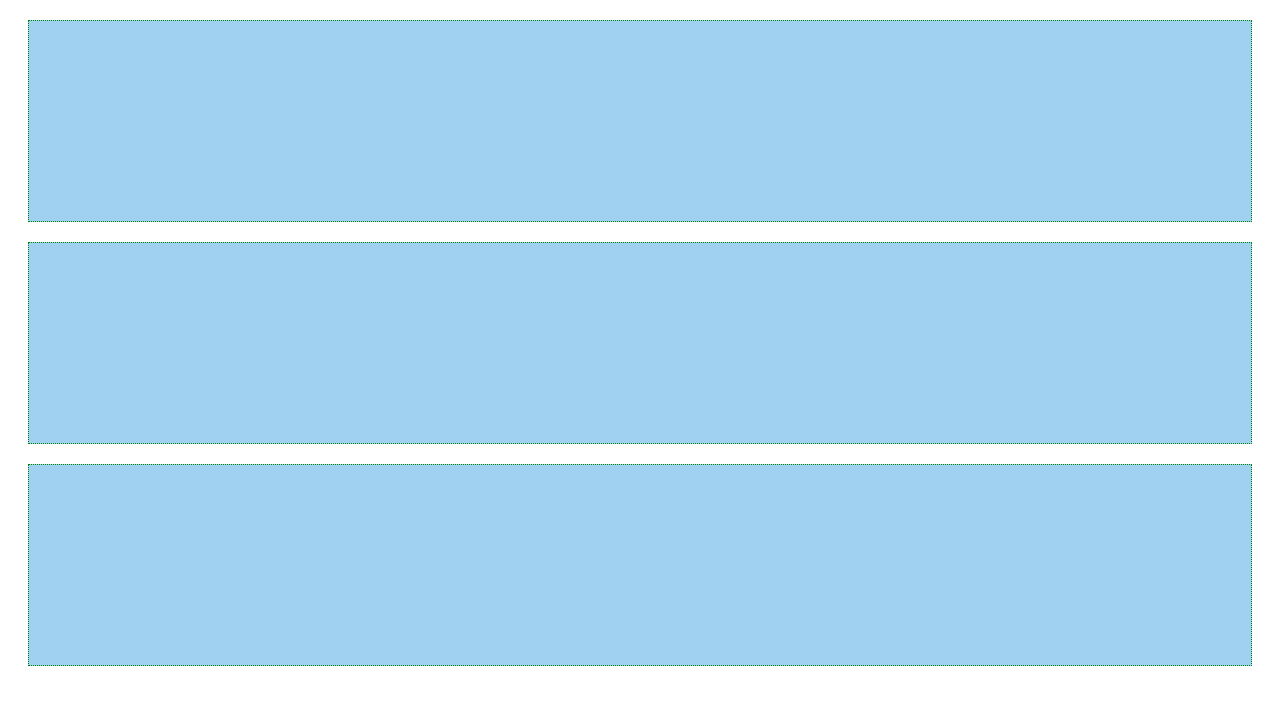
Repository: solsol7/ddit-html
Page: webpro/WebContent/0629/백그라운드이미지3.html
These files come from the project's save history. The page is drawn as it stood at one moment and after the next save; the edit follows.
The browser window is 1280 px wide. The pictures show the whole page.

Above is the page before, as saved 2023-06-29 06:03:11.

### webpro/WebContent/0629/백그라운드이미지3.html
<!DOCTYPE html>
<html>
<head>
<meta charset="UTF-8">
<title>Insert title here</title>
<style>
div{
  height : 200px;
  border : 1px dotted green;
  margin : 20px;
  background-color : #a1d1f1
}
</style>
</head>
<body>
<div id="d1"></div>
<div id="d2"></div>
<div id="d3"></div>
</body>
</html>

After the next save:
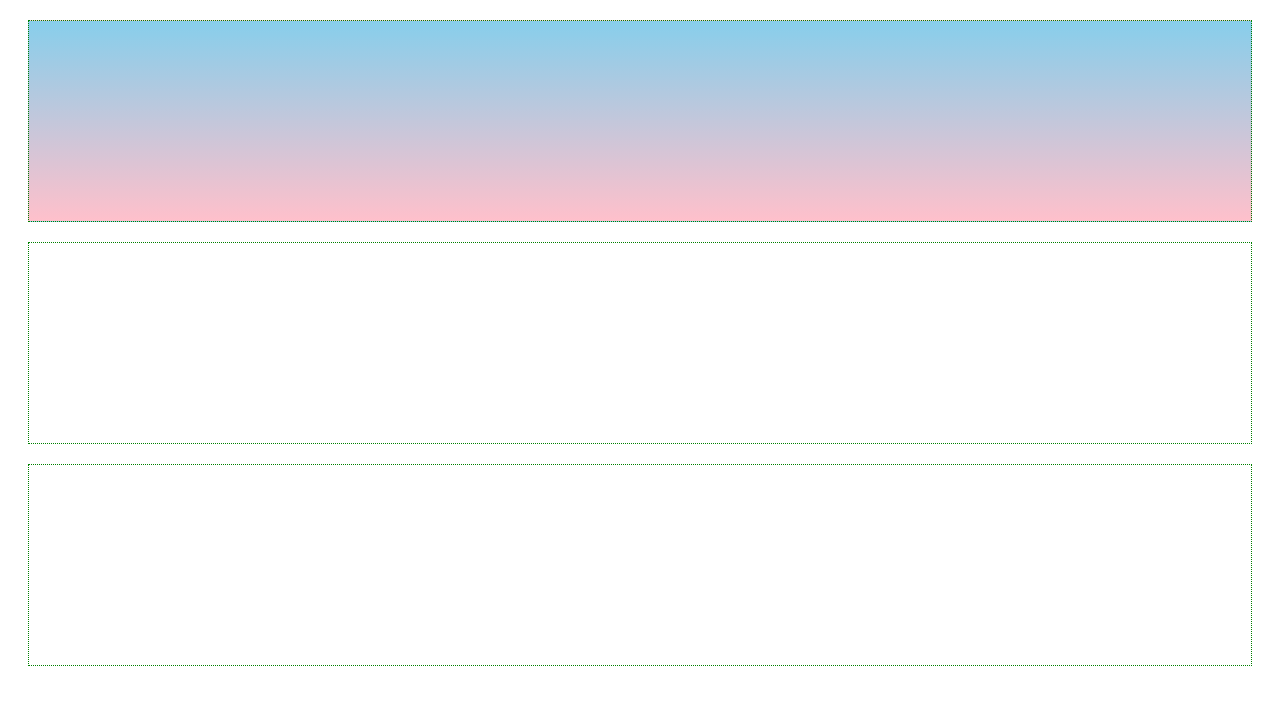
Saved 91 s later.
--- a/webpro/WebContent/0629/백그라운드이미지3.html
+++ b/webpro/WebContent/0629/백그라운드이미지3.html
@@ -8,7 +8,9 @@ div{
   height : 200px;
   border : 1px dotted green;
   margin : 20px;
-  background-color : #a1d1f1
+}
+#d1{
+  background-image: linear-gradient(skyblue, pink);
 }
 </style>
 </head>
